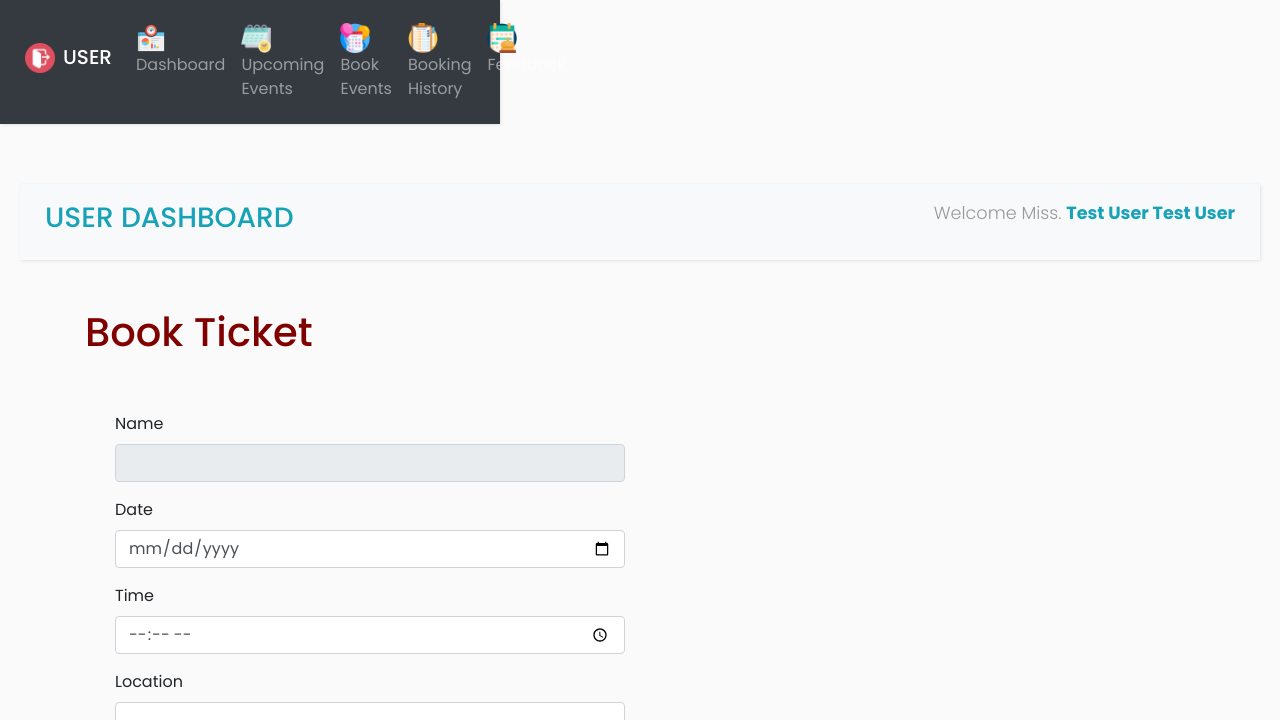
Repository: kalaprabhakar/Event_Management
Page: http://localhost/Event_Management_System/WEB-INF/pages/ticket_page.jsp
These files come from the project's save history. The page is drawn as it stood at one moment and after the next save; the edit follows.
The browser window is 1280 px wide. The pictures show the whole page.
An inner scrolling area shows only its first screen. Some web libraries are served in a nearby version. The page is served by Tomcat 10. The session is filled in as if someone had signed in: {"Admin_firstname": "Test User", "Admin_lastname": "Test User", "Admin_email": "test@example.com", "Admin_phone": 1, "Admin_address": 1, "Admin_gender": 1, "Admin_id": 1, "Admin_role": "admin", "totalEvents": 1, "User_firstname": "Test User", "User_lastname": "Test User", "User_email": "test@example.com", "User_phone": 1, "User_address": 1, "User_gender": 1, "User_id": 1, "User_role": "admin"}. Other server files are loaded and not shown. The template is opened directly, without the code that normally fills it, so the values that code supplies are empty.

Above is the page before, as saved 2024-05-11 14:21:20.

### Hyscaler/Event_Management_System/src/main/webapp/WEB-INF/pages/ticket_page.jsp
<%@ taglib uri="http://java.sun.com/jsp/jstl/core" prefix="c"%>
<%@ taglib uri="http://www.springframework.org/tags/form" prefix="form"%>
<%
if (session.getAttribute("User_email") == null) {
	response.sendRedirect("login");
} else {
%>
<jsp:include page="includes/header.jsp" />

<jsp:include page="includes/userNav.jsp" />

<style>
.card:hover {
	transform: scale(1.05);
	box-shadow: 0 10px 20px rgba(0, 0, 0, .12), 0 4px 8px rgba(0, 0, 0, .06);
	transition: 0.3s ease-in-out;
	cursor: pointer;
}
</style>



<!-- Page Content  -->
<div id="content">

	<nav class="navbar navbar-expand-lg navbar-light bg-light">
		<div class="container-fluid">

			<div>
				<h3 class="text-info">USER DASHBOARD</h3>
			</div>
			<div>
				<p>
					Welcome
					<%
				if (session.getAttribute("User_gender").equals("male")) {
				%>
					Mr.
					<%
				} else {
				%>
					Miss.
					<%
				}
				%>
					<span class="font-weight-bold text-info">${User_firstname}
						${User_lastname}</span>
				</p>
			</div>
		</div>
	</nav>

	<section class="container ">
		<div class="container">
			<div class="row align-items-center my-5">

				<h1 style="text-align: center; color: maroon;">Book Ticket</h1>
			</div>
			<!-- For Demo Purpose -->
			<div class="col-md-12 col-lg-6 col-sm-12 mb-5">
				<!-- <img src="assets/picture/icons/thumbs-up.png" alt="" class="img-fluid mb-3 d-none d-md-block"> -->

			</div>


			<!-- update Event -->


			<div class="col-md-6">
				<form:form modelAttribute="event">
					<div class="mb-3">
						<label for="exampleInputEmail1" class="form-label">Name</label> <input
							type="text" name="eventName" id="inputPassword6" disabled="disabled"
							class="form-control" aria-describedby="passwordHelpInline"
							value="${info.eventName }" />
					</div>

					<div class="mb-3">
						<label for="exampleInputPassword1" class="form-label">Date</label>
						<input type="date" name="eventDate" id="inputPassword6"
							class="form-control" aria-describedby="passwordHelpInline"
							value="${event1.eventDate }">
					</div>
					<div class="mb-3">
						<label for="exampleInputPassword1" class="form-label">Time</label>
						<input type="time" id="inputPassword6" class="form-control" name="eventTime"
							aria-describedby="passwordHelpInline"
							value="${event1.eventTime }">
					</div>
					<div class="mb-3">
						<label for="exampleInputPassword1" class="form-label">Location</label>
						<input type="text" name="eventVenue" id="inputPassword6"
							class="form-control" aria-describedby="passwordHelpInline"
							value="${event1.eventVenue }" />
					</div>
					<div class="mb-3">
						<label for="exampleInputPassword1" class="form-label">Ticket
							Price</label> <input type="number" id="inputPassword6" name="ticketPrice"
							class="form-control" aria-describedby="passwordHelpInline "
							value="${event1.ticketPrice }">
					</div>

					<button type="submit" class="btn btn-primary">Update</button>
				</form:form>

			</div>


		</div>
</div>



</section>





<%
}
%>

### Hyscaler/Event_Management_System/src/main/webapp/WEB-INF/pages/includes/header.jsp

<%@ page language="java" contentType="text/html; charset=ISO-8859-1"
	pageEncoding="ISO-8859-1"%>
<%@ taglib prefix="c" uri="http://java.sun.com/jsp/jstl/core"%>
<!DOCTYPE html>
<html>
<head>
<meta charset="ISO-8859-1">
<title>Event Management System</title>
<!--  Bootstrap CSS -->
<link rel="stylesheet"
	href="https://cdn.jsdelivr.net/npm/bootstrap@4.6.1/dist/css/bootstrap.min.css"
	integrity="sha384-zCbKRCUGaJDkqS1kPbPd7TveP5iyJE0EjAuZQTgFLD2ylzuqKfdKlfG/eSrtxUkn"
	crossorigin="anonymous">

<!-- FontAwesome -->
<link rel="stylesheet"
	href="https://pro.fontawesome.com/releases/v5.10.0/css/all.css" />
<link rel="stylesheet"
	href="https://cdnjs.cloudflare.com/ajax/libs/font-awesome/6.5.2/css/all.min.css"
	integrity="sha512-SnH5WK+bZxgPHs44uWIX+LLJAJ9/2PkPKZ5QiAj6Ta86w+fsb2TkcmfRyVX3pBnMFcV7oQPJkl9QevSCWr3W6A=="
	crossorigin="anonymous" referrerpolicy="no-referrer" />

<!-- Google Fonts -->
<link rel="preconnect" href="https://fonts.googleapis.com">
<link rel="preconnect" href="https://fonts.gstatic.com" crossorigin>
<link
	href="https://fonts.googleapis.com/css2?family=Poppins&display=swap"
	rel="stylesheet">

<!-- stylesheet -->




<script
	src="https://cdn.jsdelivr.net/npm/jquery@3.5.1/dist/jquery.slim.min.js"
	integrity="sha384-DfXdz2htPH0lsSSs5nCTpuj/zy4C+OGpamoFVy38MVBnE+IbbVYUew+OrCXaRkfj"
	crossorigin="anonymous"></script>
<script
	src="https://cdn.jsdelivr.net/npm/bootstrap@4.6.1/dist/js/bootstrap.bundle.min.js"
	integrity="sha384-fQybjgWLrvvRgtW6bFlB7jaZrFsaBXjsOMm/tB9LTS58ONXgqbR9W8oWht/amnpF"
	crossorigin="anonymous"></script>

<link rel="stylesheet" href="../../assets/css/home.css" />
<link rel="stylesheet" href="../../assets/css/admin.css" />
<link rel="stylesheet" href="../../assets/css/card.css" />

</head>
<body>

### Hyscaler/Event_Management_System/src/main/webapp/WEB-INF/pages/includes/userNav.jsp
<nav id="sidebar" class="navbar navbar-expand-lg navbar-dark bg-dark">
  <div  class="container-fluid">
   <h3><a class="navbar-brand" href="#"><img src="images/logout.png" class="mr-2" width="30" height="30">USER</a></h3>
    <button class="navbar-toggler" type="button" data-bs-toggle="collapse" data-bs-target="#navbarNavAltMarkup" aria-controls="navbarNavAltMarkup" aria-expanded="false" aria-label="Toggle navigation">
      <span class="navbar-toggler-icon"></span>
    </button>
    <div class="collapse navbar-collapse" id="navbarTogglerDemo02">
      <div class="navbar-nav">
        <a class="nav-link " aria-current="page" href="user_home"><img src="images/dashboard.png" class="mr-2" width="30" height="30" >Dashboard</a>
        <a class="nav-link" href="upcomingevents"><img src="images/newbooking.png" class="mr-2" width="30" height="30">Upcoming Events</a>
        <a class="nav-link" href="bookticket"><img src="images/event.png" class="mr-2" width="30" height="30" >Book Events</a>
        <a class="nav-link" href="#"><img src="images/bookingdetails.png" class="mr-2" width="30" height="30" >Booking History</a>
        <a class="nav-link" href="#"><img src="images/hotel.png" class="mr-2" width="30" height="30" >Feedback</a>


      </div>
    </div>
  </div>
</nav>

### Hyscaler/Event_Management_System/src/main/webapp/all_css/home.css
html,body{
    width:100%;
    height:100%;
    padding:0%;
    margin:0%;
    scroll-behavior: smooth;
    font-family: 'Poppins', sans-serif;
    overflow-x:hidden;
}



/* ===== FOOTER =====*/
.footer{
background-color: #0E2431;
color: #fff;
text-align: center;
font-weight: 600;
padding: 2rem 0;
margin-right:-25px;
}
.footer_title{
font-size: 2rem;
margin-bottom: 2rem;
}
.footer_social{
margin-bottom: 2rem;
}
.footer_icon{
font-size: 1.5rem;
color: #fff;
margin: 0 1rem;
}
.footer_icon:hover{
  color:#048dfe;
}

### Hyscaler/Event_Management_System/src/main/webapp/all_css/admin.css
/*
    DEMO STYLE
*/

@import "https://fonts.googleapis.com/css?family=Poppins:300,400,500,600,700";
body {
    font-family: 'Poppins', sans-serif;
    background: #fafafa;
}

p {
    font-family: 'Poppins', sans-serif;
    font-size: 1.1em;
    font-weight: 300;
    line-height: 1.7em;
    color: #999;
}

a,
a:hover,
a:focus {
    color: inherit;
    text-decoration: none;
    transition: all 0.3s;
}

.navbar {
    padding: 15px 10px;
    background: #fff;
    border: none;
    border-radius: 0;
    margin-bottom: 40px;
    box-shadow: 1px 1px 3px rgba(0, 0, 0, 0.1);
}

.navbar-btn {
    box-shadow: none;
    outline: none !important;
    border: none;
}

.line {
    width: 100%;
    height: 1px;
    border-bottom: 1px dashed #ddd;
    margin: 40px 0;
}

/* ---------------------------------------------------
    SIDEBAR STYLE
----------------------------------------------------- */

.wrapper {
    display: flex;
    width: 100%;
    align-items: stretch;
}

#sidebar {
    min-width: 500px;
    max-width: 500px;
    /*background: #7386D5;*/
    color: #fff;
    transition: all 0.3s;
}

#sidebar.active {
    margin-left: -250px;
}

#sidebar .sidebar-header {
    padding: 20px;
    background: #5bc0de;
}

#sidebar ul.components {
    padding: 20px 0;
    border-bottom: 1px solid #5bc0de;
}

#sidebar ul p {
    color: #fff;
    padding: 10px;
}

#sidebar ul li a {
    padding: 10px;
    font-size: 1.1em;
    display: block;
}

#sidebar ul li a:hover {
    color: #5bc0de;
    background: #fff;
}

#sidebar ul li.active>a,
a[aria-expanded="true"] {
    color: #fff;
    background: #5bc0de;
}

a[data-toggle="collapse"] {
    position: relative;
}

.dropdown-toggle::after {
    display: block;
    position: absolute;
    top: 50%;
    right: 20px;
    transform: translateY(-50%);
}

ul ul a {
    font-size: 0.9em !important;
    padding-left: 30px !important;
    background: #5bc0de;
}

ul.CTAs {
    padding: 20px;
}

ul.CTAs a {
    text-align: center;
    font-size: 0.9em !important;
    display: block;
    border-radius: 5px;
    margin-bottom: 5px;
}

a.download {
    background: #fff;
    color: #5bc0de;
}

a.article,
a.article:hover {
    background: #5bc0de !important;
    color: #fff !important;
}

/* ---------------------------------------------------
    CONTENT STYLE
----------------------------------------------------- */

#content {
    width: 100%;
    padding: 20px;
    min-height: 100vh;
    transition: all 0.3s;
}

/* ---------------------------------------------------
    MEDIAQUERIES
----------------------------------------------------- */

@media (max-width: 768px) {
    #sidebar {
        margin-left: -250px;
    }
    #sidebar.active {
        margin-left: 0;
    }
    #sidebarCollapse span {
        display: none;
    }
}

### Hyscaler/Event_Management_System/src/main/webapp/all_css/card.css

.card-margin {
    margin-bottom: 1.875rem;
}

.card {
    border: 0;
    box-shadow: 0px 0px 10px 0px rgba(82, 63, 105, 0.1);
    -webkit-box-shadow: 0px 0px 10px 0px rgba(82, 63, 105, 0.1);
    -moz-box-shadow: 0px 0px 10px 0px rgba(82, 63, 105, 0.1);
    -ms-box-shadow: 0px 0px 10px 0px rgba(82, 63, 105, 0.1);
}
.card {
    position: relative;
    display: flex;
    flex-direction: column;
    min-width: 0;
    word-wrap: break-word;
    background-color: #ffffff;
    background-clip: border-box;
    border: 1px solid #e6e4e9;
    border-radius: 1rem;
}


.card .card-header.no-border {
    border: 0;
}
.card .card-header {
    background: none;
    padding: 0 0.9375rem;
    font-weight: 500;
    display: flex;
    align-items: center;
    min-height: 50px;
}
.card-header:first-child {
    border-radius: calc(8px - 1px) calc(8px - 1px) 0 0;
}

.widget-49 .widget-49-title-wrapper {
  display: flex;
  align-items: center;
}

.widget-49 .widget-49-title-wrapper .widget-49-date-primary {
  display: flex;
  align-items: center;
  justify-content: center;
  flex-direction: column;
  background-color: #edf1fc;
  width: 4rem;
  height: 4rem;
  border-radius: 50%;
}

.widget-49 .widget-49-title-wrapper .widget-49-date-primary .widget-49-date-day {
  color: #4e73e5;
  font-weight: 500;
  font-size: 1.5rem;
  line-height: 1;
}

.widget-49 .widget-49-title-wrapper .widget-49-date-primary .widget-49-date-month {
  color: #4e73e5;
  line-height: 1;
  font-size: 1rem;
  text-transform: uppercase;
}

.widget-49 .widget-49-title-wrapper .widget-49-date-secondary {
  display: flex;
  align-items: center;
  justify-content: center;
  flex-direction: column;
  background-color: #fcfcfd;
  width: 4rem;
  height: 4rem;
  border-radius: 50%;
}

.widget-49 .widget-49-title-wrapper .widget-49-date-secondary .widget-49-date-day {
  color: #dde1e9;
  font-weight: 500;
  font-size: 1.5rem;
  line-height: 1;
}

.widget-49 .widget-49-title-wrapper .widget-49-date-secondary .widget-49-date-month {
  color: #dde1e9;
  line-height: 1;
  font-size: 1rem;
  text-transform: uppercase;
}

.widget-49 .widget-49-title-wrapper .widget-49-date-success {
  display: flex;
  align-items: center;
  justify-content: center;
  flex-direction: column;
  background-color: #e8faf8;
  width: 4rem;
  height: 4rem;
  border-radius: 50%;
}

.widget-49 .widget-49-title-wrapper .widget-49-date-success .widget-49-date-day {
  color: #17d1bd;
  font-weight: 500;
  font-size: 1.5rem;
  line-height: 1;
}

.widget-49 .widget-49-title-wrapper .widget-49-date-success .widget-49-date-month {
  color: #17d1bd;
  line-height: 1;
  font-size: 1rem;
  text-transform: uppercase;
}

.widget-49 .widget-49-title-wrapper .widget-49-date-info {
  display: flex;
  align-items: center;
  justify-content: center;
  flex-direction: column;
  background-color: #ebf7ff;
  width: 4rem;
  height: 4rem;
  border-radius: 50%;
}

.widget-49 .widget-49-title-wrapper .widget-49-date-info .widget-49-date-day {
  color: #36afff;
  font-weight: 500;
  font-size: 1.5rem;
  line-height: 1;
}

.widget-49 .widget-49-title-wrapper .widget-49-date-info .widget-49-date-month {
  color: #36afff;
  line-height: 1;
  font-size: 1rem;
  text-transform: uppercase;
}

.widget-49 .widget-49-title-wrapper .widget-49-date-warning {
  display: flex;
  align-items: center;
  justify-content: center;
  flex-direction: column;
  background-color: floralwhite;
  width: 4rem;
  height: 4rem;
  border-radius: 50%;
}

.widget-49 .widget-49-title-wrapper .widget-49-date-warning .widget-49-date-day {
  color: #FFC868;
  font-weight: 500;
  font-size: 1.5rem;
  line-height: 1;
}

.widget-49 .widget-49-title-wrapper .widget-49-date-warning .widget-49-date-month {
  color: #FFC868;
  line-height: 1;
  font-size: 1rem;
  text-transform: uppercase;
}

.widget-49 .widget-49-title-wrapper .widget-49-date-danger {
  display: flex;
  align-items: center;
  justify-content: center;
  flex-direction: column;
  background-color: #feeeef;
  width: 4rem;
  height: 4rem;
  border-radius: 50%;
}

.widget-49 .widget-49-title-wrapper .widget-49-date-danger .widget-49-date-day {
  color: #F95062;
  font-weight: 500;
  font-size: 1.5rem;
  line-height: 1;
}

.widget-49 .widget-49-title-wrapper .widget-49-date-danger .widget-49-date-month {
  color: #F95062;
  line-height: 1;
  font-size: 1rem;
  text-transform: uppercase;
}

.widget-49 .widget-49-title-wrapper .widget-49-date-light {
  display: flex;
  align-items: center;
  justify-content: center;
  flex-direction: column;
  background-color: #fefeff;
  width: 4rem;
  height: 4rem;
  border-radius: 50%;
}

.widget-49 .widget-49-title-wrapper .widget-49-date-light .widget-49-date-day {
  color: #f7f9fa;
  font-weight: 500;
  font-size: 1.5rem;
  line-height: 1;
}

.widget-49 .widget-49-title-wrapper .widget-49-date-light .widget-49-date-month {
  color: #f7f9fa;
  line-height: 1;
  font-size: 1rem;
  text-transform: uppercase;
}

.widget-49 .widget-49-title-wrapper .widget-49-date-dark {
  display: flex;
  align-items: center;
  justify-content: center;
  flex-direction: column;
  background-color: #ebedee;
  width: 4rem;
  height: 4rem;
  border-radius: 50%;
}

.widget-49 .widget-49-title-wrapper .widget-49-date-dark .widget-49-date-day {
  color: #394856;
  font-weight: 500;
  font-size: 1.5rem;
  line-height: 1;
}

.widget-49 .widget-49-title-wrapper .widget-49-date-dark .widget-49-date-month {
  color: #394856;
  line-height: 1;
  font-size: 1rem;
  text-transform: uppercase;
}

.widget-49 .widget-49-title-wrapper .widget-49-date-base {
  display: flex;
  align-items: center;
  justify-content: center;
  flex-direction: column;
  background-color: #f0fafb;
  width: 4rem;
  height: 4rem;
  border-radius: 50%;
}

.widget-49 .widget-49-title-wrapper .widget-49-date-base .widget-49-date-day {
  color: #68CBD7;
  font-weight: 500;
  font-size: 1.5rem;
  line-height: 1;
}

.widget-49 .widget-49-title-wrapper .widget-49-date-base .widget-49-date-month {
  color: #68CBD7;
  line-height: 1;
  font-size: 1rem;
  text-transform: uppercase;
}

.widget-49 .widget-49-title-wrapper .widget-49-meeting-info {
  display: flex;
  flex-direction: column;
  margin-left: 1rem;
}

.widget-49 .widget-49-title-wrapper .widget-49-meeting-info .widget-49-pro-title {
  color: #3c4142;
  font-size: 14px;
}

.widget-49 .widget-49-title-wrapper .widget-49-meeting-info .widget-49-meeting-time {
  color: #B1BAC5;
  font-size: 13px;
}

.widget-49 .widget-49-meeting-points {
  font-weight: 400;
  font-size: 13px;
  margin-top: .5rem;
}

.widget-49 .widget-49-meeting-points .widget-49-meeting-item {
  display: list-item;
  color: #727686;
}

.widget-49 .widget-49-meeting-points .widget-49-meeting-item span {
  margin-left: .5rem;
}

.widget-49 .widget-49-meeting-action {
  text-align: right;
}

.widget-49 .widget-49-meeting-action a {
  text-transform: uppercase;
}


.time {
	position: relative;
  margin-left: 1em;
}


.time span {
	font-size: 12px;
	color: #bebebe;
	line-height: 25px;
}


 .time a span {
	padding: 5px 10px;
    border-radius: 4px;
    line-height: 10px;
    font-size: 12px;
}

After the next save:
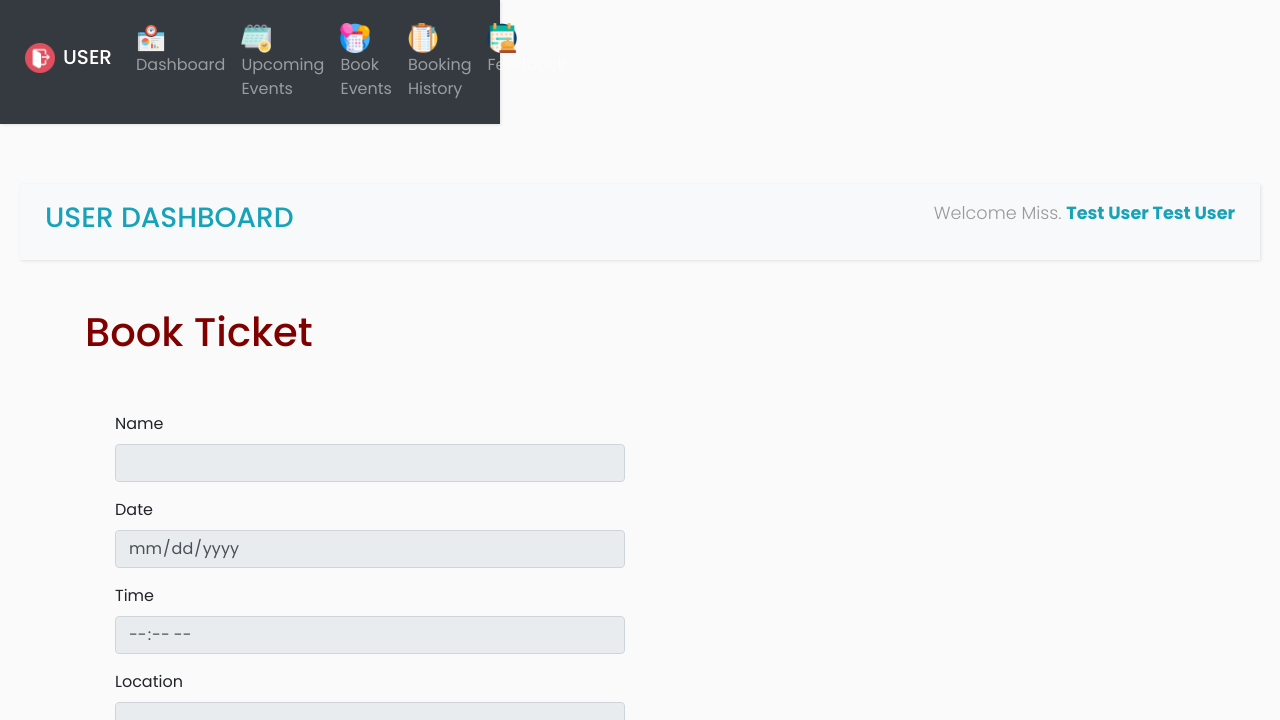
Saved 23 s later.
--- a/Hyscaler/Event_Management_System/src/main/webapp/WEB-INF/pages/ticket_page.jsp
+++ b/Hyscaler/Event_Management_System/src/main/webapp/WEB-INF/pages/ticket_page.jsp
@@ -77,25 +77,25 @@ if (session.getAttribute("User_email") == null) {
 
 					<div class="mb-3">
 						<label for="exampleInputPassword1" class="form-label">Date</label>
-						<input type="date" name="eventDate" id="inputPassword6"
+						<input type="date" name="eventDate" id="inputPassword6" disabled="disabled"
 							class="form-control" aria-describedby="passwordHelpInline"
 							value="${event1.eventDate }">
 					</div>
 					<div class="mb-3">
 						<label for="exampleInputPassword1" class="form-label">Time</label>
-						<input type="time" id="inputPassword6" class="form-control" name="eventTime"
+						<input type="time" id="inputPassword6" class="form-control" name="eventTime" disabled="disabled"
 							aria-describedby="passwordHelpInline"
 							value="${event1.eventTime }">
 					</div>
 					<div class="mb-3">
 						<label for="exampleInputPassword1" class="form-label">Location</label>
-						<input type="text" name="eventVenue" id="inputPassword6"
+						<input type="text" name="eventVenue" id="inputPassword6" disabled="disabled"
 							class="form-control" aria-describedby="passwordHelpInline"
 							value="${event1.eventVenue }" />
 					</div>
 					<div class="mb-3">
 						<label for="exampleInputPassword1" class="form-label">Ticket
-							Price</label> <input type="number" id="inputPassword6" name="ticketPrice"
+							Price</label> <input type="number" id="inputPassword6" name="ticketPrice" disabled="disabled"
 							class="form-control" aria-describedby="passwordHelpInline "
 							value="${event1.ticketPrice }">
 					</div>
